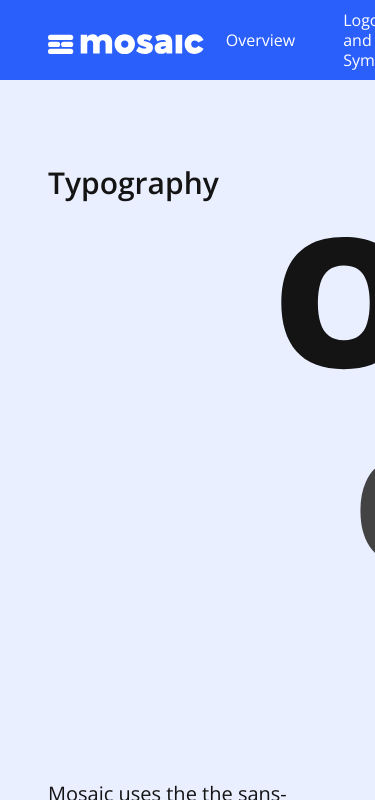
Repository: brunaguarizo/MDIA2109_Mosaic
Page: type.html
An editor plug-in stored every save of this project. The page is shown before and after the next save, followed by the edit.
The browser window is 375 px wide. The pictures show the whole page.
An inner scrolling area shows only its first screen. Some web fonts or font styles are not loaded; a fallback is used.

Above is the page before, as saved 2025-04-07 18:23:28.

### type.html
<!DOCTYPE html>
<html lang="en">
<head>
    <meta charset="UTF-8">
    <meta name="viewport" content="width=device-width, initial-scale=1.0">
    <title>Mosaic - Styleguide</title>

    <link rel="stylesheet" href="CSS/styles.css">
    <link rel="stylesheet" href="CSS/variables.css">
    <link rel="stylesheet" href="CSS/type.css">
    <link rel="stylesheet" href="CSS/index.css">

    <link rel="icon" href="img/mosaic-favicon.svg" type="image/svg+xml">

    <link rel="preconnect" href="https://fonts.googleapis.com">
    <link rel="preconnect" href="https://fonts.gstatic.com" crossorigin>
    <link href="https://fonts.googleapis.com/css2?family=Archivo+Black&family=Boldonse&family=Changa+One:ital@0;1&family=Erica+One&family=Open+Sans:ital,wght@0,300..800;1,300..800&display=swap" rel="stylesheet">

</head>
<body>
    <div class="nav-bar">

        <a href="index.html">
            <img class="logo" src="img/Logo-Horizontal.svg" alt="Mosaic - Horizontal Logo - Negative" />
        </a>

        <div class="menu">
            <a class="menu-item menu-text" href="index.html">Overview</a>
            <a class="menu-item menu-text" href="logo.html">Logo and Symbol</a>
            <a class="menu-item menu-text" href="type.html">Typography</a>
            <a class="menu-item menu-text" href="color.html">Color</a>
            <a class="menu-item menu-text" href="icon.html">Iconography</a>
            <a class="menu-item menu-text" href="image.html">Imagery</a>
            <a class="menu-item menu-text" href="graphics.html">Graphics</a>
            <a class="menu-item menu-text" href="references.html">References</a>
        </div>
    </div>

    <header class="banner-hero">
        <h2 class="title-section">Typography</h2>
        <div class="image-hero">
            <img src="img/Typography/Banner-cover.svg" alt="Mosaic - Graphic">
        </div>
        <div class="text">
            <p class="body-text">Mosaic uses the the sans-serif font, namely Open Sans. The font was downloaded from google fonts, therefore it was free of charge and provides good performance on digital platforms. It is a sans-serif font which provides support a clean design and readable text.</p>
        </div>
        <div>
    </header>

    <main class="container">

        <section class="content-block">
            <h2>Open Sans</h2>
            <div class="content-block__subsection">
                <h3>Readability</h3>
                 <p class="text body-text">Open sans is designed to be easy to read for all types of users, therefore supporting accessibility throughout the app. It allows users to clearly understand the information that is provided throughout each screen in Mosaic. As the purpose of the app is to provide support for users throughout their project creation it is essential to easily understand the content on the page without straining users vision.</p>
            </div>
            <div class="content-block__subsection">
                <h3>Clean Design</h3>
                 <p class="text body-text">Open sans support the idea of “simple and efficient” design. As Mosaic is designed for professionals and students it is essential to provide a user - friendly, uncluttered information.</p>
            </div>
            <div class="content-block__subsection">
                <h3>Supports Multiple languages</h3>
                 <p class="text body-text">Mosaic will expand in future and be used by people all over the world. Providing characters and glyps that can easily be converted into any language the user understands supports in creating an overall better User Experience for the Mosaic users.</p>
            </div>


        </section>
        <section class="Typography-Content">
            <!-- HEADINGS -->
            <div class="Typography-Content__Styling">
                <div class="Type-Name">
                    <h3>Headings</h3>
                </div>

                    <div class="Type-Header__Title">
                        <h3>Title</h3>
                        <h3 class="Heading-1_family">Heading 1</h3>
                        <h4 class="Heading-2_family">Heading 2</h4>
                        <h5 class="Heading-3_family">Heading 3</h5>
                    </div>
                    <div class="Type-Header__Weight">
                        <h3>Weight</h3>
                        <h3 class="Heading-1_family">Bold</h3>
                        <h4 class="Heading-2_family">SemiBold</h4>
                        <h5 class="Heading-3_family">Heading 3</h5>
                    </div>
                    <div class="Type-Header__Size">
                        <h3>Size</h3>
                        <h3 class="Heading-1_family">30pt</h3>
                        <h4 class="Heading-2_family">24pt</h4>
                        <h5 class="Heading-3_family">20pt</h5>
                    </div>
                    <div class="Type-Header__Spacing">
                        <h3>Line Spacing</h3>
                        <h3 class="Heading-1_family" >34 pt</h3>
                        <h4 class="Heading-2_family">28pt</h4>
                        <h5 class="Heading-3_family">20pt</h5>
                    </div>


                </div>
            </div>
            <!-- BODY TEXT -->
            <div class="Typography-Content__Styling">
                <div class="Type-Name">
                    <h3>Body Text</h3>
                </div>

                    <div class="Type-Header__Title">

                        <p class="Body-Regular_family">Body Text Regular</p>
                        <p class="Body-Bold_family">Body Text Bold</p>
                    </div>
                    <div class="Type-Header__Weight">

                        <h3 class="Body-Regular_family">Regular</h3>
                        <h3 class="Body-Bold_family">Bold</h3>
                    </div>
                    <div class="Type-Header__Size">

                        <h3 class="Body-Regular_family">16pt</h3>
                        <h3 class="Body-Bold_family">16pt</h3>

                    </div>
                    <div class="Type-Header__Spacing">

                        <h3 class="Body-Regular_family">20pt</h3>
                        <h3 class="Body-Bold_family">20pt</h3>

                    </div>


                </div>
            </div>
            <!-- Labels -->
            <div class="Typography-Content__Styling">
                <div class="Type-Name">
                    <h3>Labels</h3>
                </div>

                    <div class="Type-Header__Title">
                        <p class="label_family">Label</p>
                        <p class="label_Underlined_family">Label Underlined</p>
                    </div>
                    <div class="Type-Header__Weight">
                        <p class="label_family">Regular</p>
                        <p class="label_Underlined_family">Regular</p>
                    </div>
                    <div class="Type-Header__Size">
                        <p class="label_familye">12pt</p>
                        <p class="label_Underlined_family">12pt</p>
                    </div>
                    <div class="Type-Header__Spacing">
                        <p class="label_family">16pt</p>
                        <p class="label_Underlined_family">16pt</p>
                    </div>


                </div>
            </div>
            </section>


          <!-- UI Application -->
            <section class="content-block">
                <h2>UI Application</h2>
                <img src="img/Typography/ui-applications.svg" alt="Project Card">
                <!-- <div class="three-column">
                    <div class="UI-Block">
                        <div class="">
                            <h4 class="Component-Name">Project Card</h4>
                        </div>
                        <div class="">
                            <img src="img/Typography/Project-Description-Real.svg" alt="Project Card">
                        </div>
                        <div class="">
                            <img src="img/Typography/Project-Description-Substitute.svg" alt="Project Card">
                        </div>
                    </div>
                </div>

                <div class="three-column">
                    <div class="UI-Block">
                        <div class="">
                            <h4 class="/">Onboarding</h4>
                        </div>
                        <div class="">
                            <img src="img/Typography/Onboarding-Actual.svg" alt="Onboarding Example">
                        </div>
                        <div class="">
                            <img src="img/Typography/Onboarding-Substitue.svg" alt="Onboarding Example">
                        </div>
                    </div>
                </div>

                <div class="three-column">
                    <div class="UI-Block">
                        <div class="">
                            <h4 class="/">SignUp</h4>
                        </div>
                        <div class="">
                            <img src="img/Typography/SignUp-Actual.svg" alt="Sign Up">
                        </div>
                        <div class="">
                            <img src="img/Typography/Sign-Up-Substitute.svg" alt="Sign Up">
                        </div>
                    </div>
                </div>

                <div class="three-column">
                    <div class="UI-Block">
                        <div class="">
                            <h4 class="/">Link</h4>
                        </div>
                        <div class="">
                            <img src="img/Typography/Links-Actual.svg" alt="Link">
                        </div>
                        <div class="">
                            <img src="img/Typography/Links-Substitute.svg" alt="Link">
                        </div>
                    </div>
                </div> -->

            </section>
    </main>


    <div class="button-row">
        <a class="button-content" href="logo.html">
            <img src="img/arrow-left.svg" alt="Arrow left">
            <p class="button">Logo and Symbol</p>
        </a>
        <a class="button-content" href="color.html">
            <p class="button">Color</p>
            <img src="img/arrow-right.svg" alt="Arrow Right">
        </a>
    </div>
    <footer class="footer">
        <div class="two-column">
            <a href="index.html" >
                <img class="logo" src="img/Logo-Horizontal.svg" alt="Mosaic - Horizontal Logo - Negative" />
            </a>
            <p class="footer-text">© 2025 Mosaic. All rights reserved.</p>
        </div>
    </footer>

</body>

### CSS/styles.css
/* ------------------------------------------------------ GENERAL STYLES ------------------------------------------------------ */
html, body {
    width: 100%;
    margin: 0;
    padding: 0;
    font-family: var(--font-family);
    box-sizing: border-box;
    height: 100%;
    overflow-x: hidden;
}

*, *::before, *::after {
    box-sizing: inherit;
}

main {
    display: flex;
    flex-direction: column;
    align-items: center;
    gap: var(--space-extra-large);
    margin: 0 var(--space-large);
}

.container {
    display: grid;
    grid-template-columns: 1fr;
    gap: var(--space-large);
    margin: var(--space-large);
    max-width: 1512px;
    width: 100%;
    margin-top: var(--space-large);
}

.two-column {
    display: grid;
    grid-template-columns: 1fr 1fr;
    gap: var(--space-large);
    width: 100%;
    margin: 0;
}

.three-column {
    display: grid;
    grid-template-columns: 1fr 1fr 1fr;
    gap: var(--space-large);
}

.header-xxlarge {
    color: var(--black);
    font-size: var(--header-xxlarge-size);
    font-weight: var(--font-weight-700);
    line-height: var(--line-height-xxlarge);
    margin-bottom: var(--space-medium);
}

.title-section {
    color: var(--black);
    font-size: var(--title-section-font-size);
    font-weight: var(--font-weight-600);
    line-height: var(--line-height-large);
    margin-bottom: var(--space-regular);
}

.body-text {
    color: var(--black);
    font-size: var(--body-text-font-size);
    font-weight: var(--font-weight-400);
    line-height: var(--line-height-medium);
    margin-top: 0;
}

.menu-text {
    color: var(--white);
    font-size: var(--menu-font-size);
    font-weight: var(--font-weight-400);
    line-height: var(--line-height-small);
}

.menu-text-hover {
    font-weight: var(--menu-text-hover-font-weight);
}

.label {
    color: var(--black);
    font-size: var(--label-font-size);
    font-weight: var(--font-weight-400);
    line-height: var(--line-height-small);
}

.button {
    color: var(--white);
    text-align: center;
    font-size: var(--button-font-size);
    font-weight: var(--font-weight-600);
    line-height: var(--line-height-medium);
}

/* ----- NAV BAR ----- */
.nav-bar {
    display: flex;
    width: 100%;
    height: 80px;
    padding: 0 var(--space-large);
    justify-content: space-between;
    align-items: center;
    background-color: var(--blue-primary);
    position: fixed;
    top: 0;
    left: 0;
    right: 0;
    z-index: 1000;
}

.logo {
    display: flex;
    height: 28px;
    align-items: flex-end;
    transition: fill 0.3s ease;
}

.menu {
    display: flex;
    align-items: center;
    gap: var(--space-large);
}

.menu-item, a {
    display: flex;
    justify-content: center;
    align-items: center;
    gap: var(--space-regular);
    transition: font-weight 0.3s ease;
    text-decoration: none;
}

.menu-item:hover {
    font-weight: var(--menu-text-hover-font-weight);
}

/* ----- BUTTONS ----- */
.button-row {
    display: grid;
    grid-template-columns: repeat(2, 1fr);
    gap: var(--space-large);
    margin: var(--space-large);
}

.button-content {
    width: auto;
    max-width: 684px;
    height: var(--space-large);
    gap: 48px;
    border-radius: 8px;
    display: flex;
    justify-content: space-between;
    align-items: center;
    padding: var(--space-medium);
    background-color: var(--blue-primary);
    border: none;
    box-sizing: border-box;
    margin: 0;
    transition: all 0.3s ease;
}

.button-content:hover {
    background-color: var(--blue-900);
    transform: scale(1.1);
}

.button-content img {
    width: 20px;
    height: 20px;
}

.button-content p {
    color: var(--white);
    font-size: var(--menu-font-size);
}

/* ----- FOOTER ----- */
.footer {
    display: flex;
    width: 100%;
    height: 80px;
    padding: 0 var(--space-large);
    justify-content: space-between;
    align-items: center;
    background-color: var(--blue-900);
}

.footer .two-column {
    display: flex;
    justify-content: space-between;
    width: 100%;
    align-items: center;
}

.footer-text {
    color: var(--white);
    text-align: right;
    margin-left: auto;
}

/* ------------------------------------------------------ VARIABLES ------------------------------------------------------ */
:root {
    /* ----- COLORS ----- */
    --blue-primary: rgb(43,95,252);
    --blue-50: rgb(234, 239, 255);
    --blue-900: rgb(18, 40, 106);
    --white: #FFFFFF;
    --black: rgb(20, 20, 20);
    --grey-400: rgb(67, 67, 67);
    --yellow-secondary: rgb(255, 218, 1);
    --orange-secondary: rgb(255, 94, 9);
    --green-secondary: rgb(0, 193, 79);
    --purple-secondary: rgb(154, 65, 255);

    /* ----- TYPE ----- */
    --font-family: "Open Sans", sans-serif;
    --header-xxlarge-size: 88px;
    --title-section-font-size: 30px;
    --button-font-size: 24px;
    --body-text-font-size: 20px;
    --menu-font-size: 16px;
    --label-font-size: 16px;
    --font-style-normal: normal;
    --font-weight-700: 700;
    --font-weight-600: 600;
    --font-weight-400: 400;
    --menu-text-hover-font-weight: 700;
    --line-height-xxlarge: 100px;
    --line-height-large: 36px;
    --line-height-medium: 28px;
    --line-height-small: 20px;

    /* ----- SPACING ----- */
    --space-small: 8px;
    --space-regular: 16px;
    --space-medium: 32px;
    --space-large: 48px;
    --space-extra-large: 140px;
}

### CSS/variables.css
/* ------------------------------------------------------ VARIABLES ------------------------------------------------------ */
:root {
    /* ----- COLORS ----- */
    --blue-primary: rgb(43,95,252);
    --blue-50: rgb(234, 239, 255);
    --blue-900: rgb(18, 40, 106);

    --white: #FFFFFF;
    --black: rgb(20, 20, 20);
    --grey-400: rgb(67, 67, 67);

    --yellow-secondary: rgb(255, 218, 1);
    --orange-secondary: rgb(255, 94, 9);
    --green-secondary: rgb(0, 193, 79);
    --purple-secondary: rgb(154, 65, 255);

    /* ----- TYPE ----- */
    --font-family: "Open Sans", sans-serif;
    --header-xxlarge-size: 88px;
    --title-section-font-size: 30px;
    --button-font-size: 24px;
    --body-text-font-size: 20px;
    --menu-font-size: 16px;
    --label-font-size: 16px;
    --font-style-normal: normal;
    --font-weight-700: 700;
    --font-weight-600: 600;
    --font-weight-400: 400;
    --menu-text-hover-font-weight: 700;
    --line-height-xxlarge: 100px;
    --line-height-large: 36px;
    --line-height-medium: 28px;
    --line-height-small: 20px;

    /* ----- SPACING ----- */
    --space-small: 8px;
    --space-regular: 16px;
    --space-medium: 32px;
    --space-large: 48px;
    --space-extra-large: 140px;
}

### CSS/type.css
/* ----- BANNER HERO ----- */
.banner-hero {
    display: flex;
    width: 100%;
    max-width: 1512px;
    height: fit-content;
    padding: var(--space-large);
    flex-direction: column;
    align-items: flex-start;
    background: var(--blue-50);
    margin: 0 auto;
    overflow: hidden;
    padding-top: var(--space-extra-large);
}

.image-hero {
    display: flex;
    flex-direction: row;
    align-items: center;
    margin: 0;
}

.text {
    max-width: 686px;
    margin-top: var(--space-large);
}

/* TYPE STYLES BREAKDOWN */


.Typography-Content, .content-block, .UI-Application{
    display: flex;
    width: 100%;
    max-width: 1512px;
    height: fit-content;
    flex-direction: column;
    align-items: flex-start;
    margin: 0 auto;
    padding-top: var(--space-medium);
}

.Typography-Content__Styling{
    display: grid;
    grid-template-columns: 1fr 1fr 1fr 1fr;
    grid-template-rows: 100px 1fr  ;
    column-gap: 200px;
}

.Typography-Content__Styling:nth-child(2){
  column-gap: 160px;

}

.Type-Header__Title:nth-child(2){
    display: flex;
    justify-content: left;
}

.Type-Name{
    grid-column: 1/5;
    grid-row: 1/2;
    display: flex;
    flex-direction: column;
    justify-content: left;
}

.Type-Header__Title{
    grid-column: 2/3;
    grid-row: 2/3;
    display: flex;
    flex-direction: column;
    justify-content: left;
}

.Type-Header__Weight{
    grid-column: 3/4;
    grid-row: 2/3;
    display: flex;
    flex-direction: column;
    justify-content: left;
}

.Type-Header__Size{
    grid-column: 4/5;
    grid-row: 2/3;
    display: flex;
    flex-direction: column;
    justify-content: left;
}

.Type-Header__Spacing{
    grid-column: 5/6;
    grid-row: 2/3;
    display: flex;
    flex-direction: column;
    justify-content: left;
}

.UI-Block{
    display: grid;
    grid-template-columns: 1fr 1fr 1fr;
    column-gap: 200px;
    align-items: start;
    margin-bottom: 32px;
}

.UI-Application-Header {
    grid-column: 1/4;
    grid-row: 1/2;
}


.UI-Item {
    align-items:start;
}

.Component-Name{
    margin-right: 32px;
    display: grid;
    grid-template-columns: 1fr;
    align-items: start;
}

/* TYPOGRAPHY SETTING */

.Header-1_family{
    font-size: 30px;
    font-weight: 700;

}

.Header-2_family{
    font-size: 24px;
    font-weight: 600;
}

.Header-3_family{
    font-size: 20px;
    font-weight: 500;
}

.Body-Regular_family{
    font-weight: normal;
    font-size: 16px;
}
.Body-Bold_family{
    font-weight: bold;
    font-size: 16px;
}
.label_family{
    font-size: 12px;
    font-weight: normal;
}
.label_Underlined_family{
    font-size: 12px;
    font-weight: normal;
    text-decoration: underline;
}
 /* BOTTOM NAVIGATION */

### CSS/index.css
/* ----- HEADER ----- */
.two-column > div:first-child {
    display: flex;
    flex-direction: column;
    justify-content: flex-start;
}

.two-column > div:last-child {
    display: flex;
    align-items: center;
    justify-content: flex-end;
}

.header-content {
    display: flex;
    flex-direction: column;
    justify-content: center;
    max-width: 690px ;
    margin-top: var(--space-large);
}

.img-graphic {
    width: 100%;
    height: auto;
    margin-top: 100px ;
    margin-left: 48px;
    margin-right: 48px;
}

/* ----- PAGE CARDS ----- */
.pages-cards {
    display: flex;
    flex-direction: column;
    align-items: start;
    text-align: start;
    grid-column: span 1;
}

.cards-row {
    display: grid;
    grid-template-columns: repeat(3, 1fr);
    gap: var(--space-large);
}

.card {
    display: flex;
    flex-direction: column;
    align-items: start;
    text-align: start;
    grid-column: span 1;
    border-radius: 8px;
    transition: outline 0.3s ease, transform 0.3s ease;
}

.card:hover .card-item {
    outline: 2px solid var(--blue-primary);
}

.card:hover {
    transform: scale(1.05);
}

.card-item {
    transition: outline 0.3s ease;
    border-radius: 8px;
}

.card-item:hover {
    outline: 2px solid var(--blue-primary);
}


/* ------------------------------------------------------ VARIABLES ------------------------------------------------------ */
:root {
    /* ----- COLORS ----- */
    --blue-primary: rgb(43,95,252);
    --blue-50: rgb(234, 239, 255);
    --blue-900: rgb(18, 40, 106);

    --white: #FFFFFF;
    --black: rgb(20, 20, 20);
    --grey-400: rgb(67, 67, 67);

    --yellow-secondary: rgb(255, 218, 1);
    --orange-secondary: rgb(255, 94, 9);
    --green-secondary: rgb(0, 193, 79);
    --purple-secondary: rgb(154, 65, 255);

    /* ----- TYPE ----- */
    --font-family: "Open Sans", sans-serif;
    --header-xxlarge-size: 88px;
    --title-section-font-size: 30px;
    --button-font-size: 24px;
    --body-text-font-size: 20px;
    --menu-font-size: 16px;
    --label-font-size: 16px;
    --font-style-normal: normal;
    --font-weight-700: 700;
    --font-weight-600: 600;
    --font-weight-400: 400;
    --menu-text-hover-font-weight: 700;
    --line-height-xxlarge: 100px;
    --line-height-large: 36px;
    --line-height-medium: 28px;
    --line-height-small: 20px;

    /* ----- SPACING ----- */
    --space-small: 8px;
    --space-regular: 16px;
    --space-medium: 32px;
    --space-large: 48px;
    --space-extra-large: 140px;
}

After the next save:
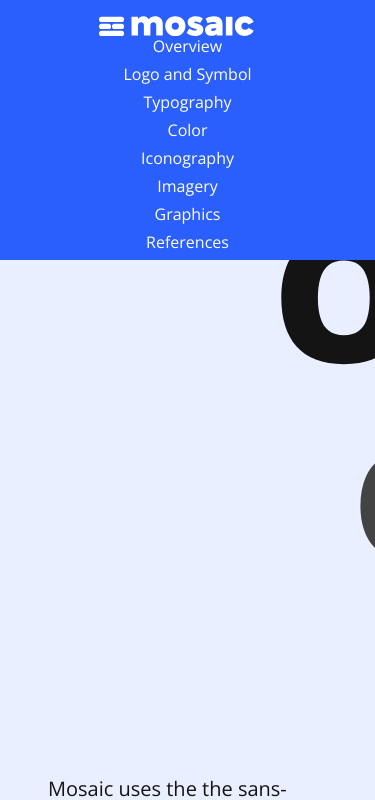
Saved 2 min 14 s later.
--- a/CSS/index.css
+++ b/CSS/index.css
@@ -1,3 +1,4 @@
+
 /* ----- HEADER ----- */
 .two-column > div:first-child {
     display: flex;
@@ -15,14 +16,14 @@
     display: flex;
     flex-direction: column;
     justify-content: center;
-    max-width: 690px ;
+    max-width: 690px;
     margin-top: var(--space-large);
 }
 
 .img-graphic {
     width: 100%;
     height: auto;
-    margin-top: 100px ;
+    margin-top: 100px;
     margin-left: 48px;
     margin-right: 48px;
 }
@@ -69,45 +70,58 @@
     outline: 2px solid var(--blue-primary);
 }
 
+/* ----- RESPONSIVE STYLES ----- */
+@media (max-width: 768px) {
+    .two-column {
+        grid-template-columns: 1fr;
+    }
 
-/* ------------------------------------------------------ VARIABLES ------------------------------------------------------ */
-:root {
-    /* ----- COLORS ----- */
-    --blue-primary: rgb(43,95,252);
-    --blue-50: rgb(234, 239, 255);
-    --blue-900: rgb(18, 40, 106);
+    .three-column {
+        grid-template-columns: 1fr;
+    }
 
-    --white: #FFFFFF;
-    --black: rgb(20, 20, 20);
-    --grey-400: rgb(67, 67, 67);
+    .nav-bar {
+        flex-direction: column;
+        height: auto;
+        padding: var(--space-small) var(--space-large);
+    }
 
-    --yellow-secondary: rgb(255, 218, 1);
-    --orange-secondary: rgb(255, 94, 9);
-    --green-secondary: rgb(0, 193, 79);
-    --purple-secondary: rgb(154, 65, 255);
+    .menu {
+        flex-direction: column;
+        gap: var(--space-small);
+    }
 
-    /* ----- TYPE ----- */
-    --font-family: "Open Sans", sans-serif;
-    --header-xxlarge-size: 88px;
-    --title-section-font-size: 30px;
-    --button-font-size: 24px;
-    --body-text-font-size: 20px;
-    --menu-font-size: 16px;
-    --label-font-size: 16px;
-    --font-style-normal: normal;
-    --font-weight-700: 700;
-    --font-weight-600: 600;
-    --font-weight-400: 400;
-    --menu-text-hover-font-weight: 700;
-    --line-height-xxlarge: 100px;
-    --line-height-large: 36px;
-    --line-height-medium: 28px;
-    --line-height-small: 20px;
+    .footer .two-column {
+        flex-direction: column;
+        gap: var(--space-small);
+    }
 
-    /* ----- SPACING ----- */
-    --space-small: 8px;
-    --space-regular: 16px;
-    --space-medium: 32px;
-    --space-large: 48px;
-    --space-extra-large: 140px;
+    .button-row {
+        grid-template-columns: 1fr;
+    }
+
+    .button-content {
+        flex-direction: column;
+        align-items: center;
+        gap: var(--space-small);
+    }
+
+    .card {
+        flex-direction: column;
+    }
 }
+
+@media (max-width: 480px) {
+    .header-xxlarge {
+        font-size: 48px;
+        line-height: 80px;
+    }
+
+    .title-section {
+        font-size: 24px;
+    }
+
+    .button-content p {
+        font-size: var(--menu-font-size);
+    }
+}
